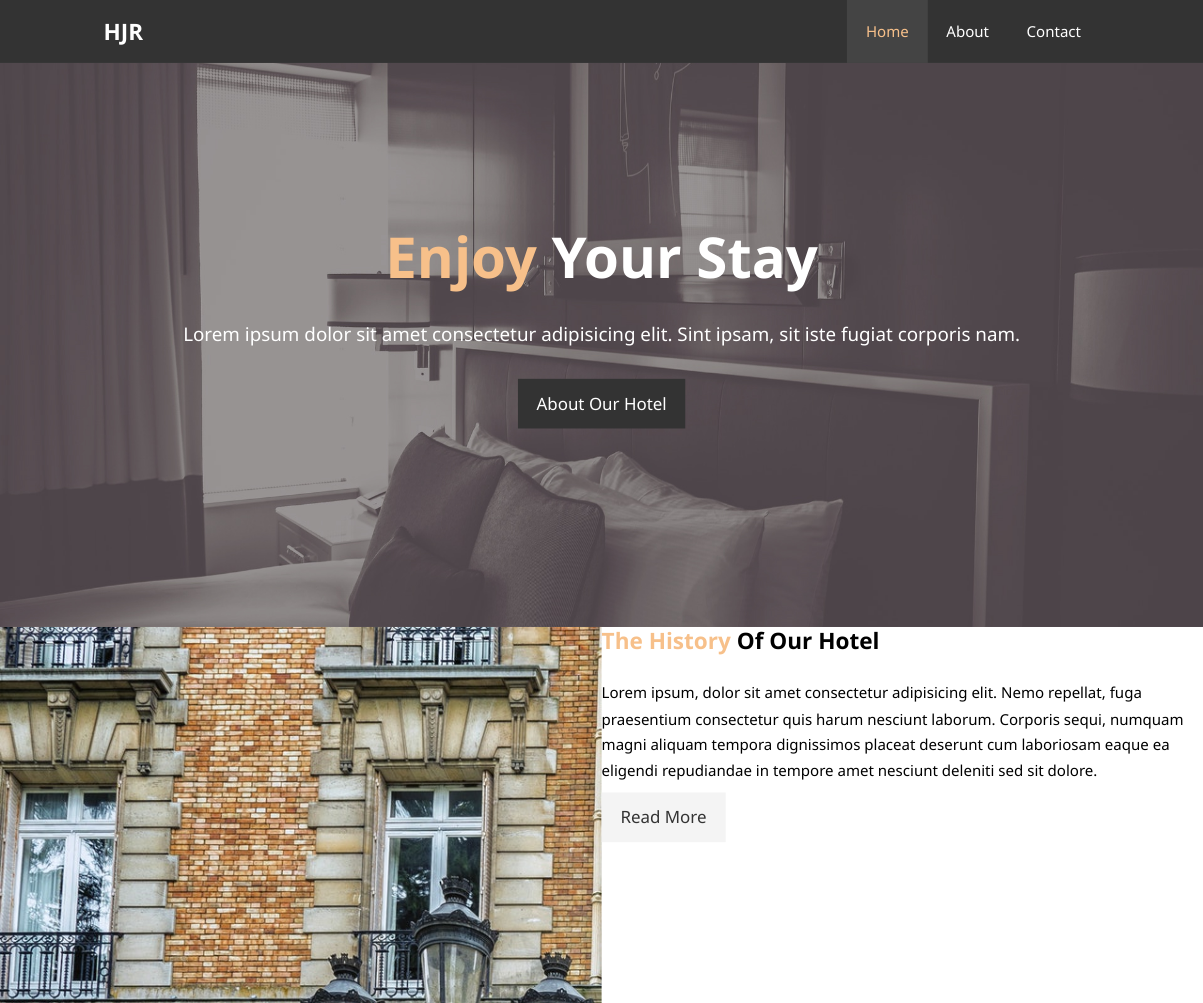
Repository: dimlutine/Hotel-Project
Page: index.html
The author's editor kept a copy of each file at every save. The page is drawn from the files as they stood at one save, then again after the next save.
The browser window is 1280 px wide. The pictures show the whole page, at 94% of full size.

Above is the page before, as saved 2019-07-05 22:15:33.

### index.html
<!DOCTYPE html>
<html lang="en">

<head>
    <meta charset="UTF-8">
    <meta name="viewport" content="width=device-width, initial-scale=1.0">
    <meta http-equiv="X-UA-Compatible" content="ie=edge">
    <meta name="description" content="Welcome to the neatest hotel in Durham, North Carolina!">
    <meta name="keywords" content="hotel,durham hotel, north carolina hotel, rdu hotel">
    <link rel="stylesheet" href="css/style.css">
    <title>Hotel JR | Durham Hotel</title>
</head>

<body>
    <header>
        <nav id="navbar">
            <div class="container">
                <h1 class="logo"><a href="index.html">HJR</a></h1>
                <ul>
                    <li><a class="current" href="index.html">Home</a></li>
                    <li><a href="about.html">About</a></li>
                    <li><a href="contact.html">Contact</a></li>
                </ul>
            </div>

        </nav>
        <div id="showcase">
            <div class="container">
                <div class="showcase-content">
                    <h1>
                        <span class="text-primary">Enjoy</span> Your Stay
                    </h1>
                    <p class="lead">Lorem ipsum dolor sit amet consectetur adipisicing elit. Sint ipsam, sit iste fugiat corporis nam.</p>
                    <a class="btn" href="about.html">About Our Hotel</a>
                </div>
            </div>
        </div>
    </header>

    <section id="home-info" class="bg-dark">
        <div class="info-img"></div>
        <div class="info-content">
            <h2><span class="text-primary">The History </span>Of Our Hotel</h2>
            <p>Lorem ipsum, dolor sit amet consectetur adipisicing elit. Nemo repellat, fuga praesentium consectetur quis harum nesciunt laborum. Corporis sequi, numquam magni aliquam tempora dignissimos placeat deserunt cum laboriosam eaque ea eligendi
                repudiandae in tempore amet nesciunt deleniti sed sit dolore.</p>
            <a href="about.html" class="btn btn-light">Read More</a>
        </div>
    </section>
</body>

</html>

### css/style.css
* {
    padding: 0;
    margin: 0;
    box-sizing: border-box;
}

html,
body {
    font-family: 'Segoe UI', 'Segoe UI', Tahoma, Geneva, Verdana, sans-serif;
    line-height: 1.7em;
}

a {
    color: #333;
    text-decoration: none;
}

h1,
h2,
h3 {
    padding-bottom: 20px;
}

p {
    margin: 10px 0;
}


/* Utilities */

.container {
    margin: auto;
    max-width: 1100px;
    overflow: auto;
    padding: 0 20px;
}

.text-primary {
    color: #f7c08a;
}

.lead {
    font-size: 20px;
}

.btn {
    display: inline-block;
    font-size: 18px;
    color: #fff;
    background: #333;
    padding: 13px 20px;
    border: none;
    cursor: pointer;
}

.btn:hover {
    background: #f7c08a;
    color: #333;
}

.btn-light {
    background: #f4f4f4;
    color: #333;
}

#navbar {
    background: #333;
    color: #fff;
    overflow: auto;
}

#navbar a {
    color: #fff;
}

#navbar h1 {
    float: left;
    padding-top: 20px;
}

#navbar ul {
    float: right;
    list-style: none;
}

#navbar ul li {
    float: left;
}

#navbar ul li a {
    display: block;
    padding: 20px;
    text-align: center;
}

#navbar ul li a:hover,
#navbar ul li a.current {
    background: #444;
    color: #f7c08a;
}


/* Showcase */

#showcase {
    background: url('../img/showcase.jpg') no-repeat center center/cover;
    height: 600px;
}

#showcase .showcase-content {
    color: #fff;
    text-align: center;
    padding-top: 170px;
}

#showcase .showcase-content h1 {
    font-size: 60px;
    line-height: 1.2em;
}

#showcase .showcase-content p {
    padding-bottom: 20px;
    line-height: 1.7em;
}


/* Home Info */

#home-info {
    height: 400px;
}

#home-info .info-img {
    float: left;
    width: 50%;
    background: url('../img/photo-1.jpg') no-repeat;
    min-height: 100%;
}

After the next save:
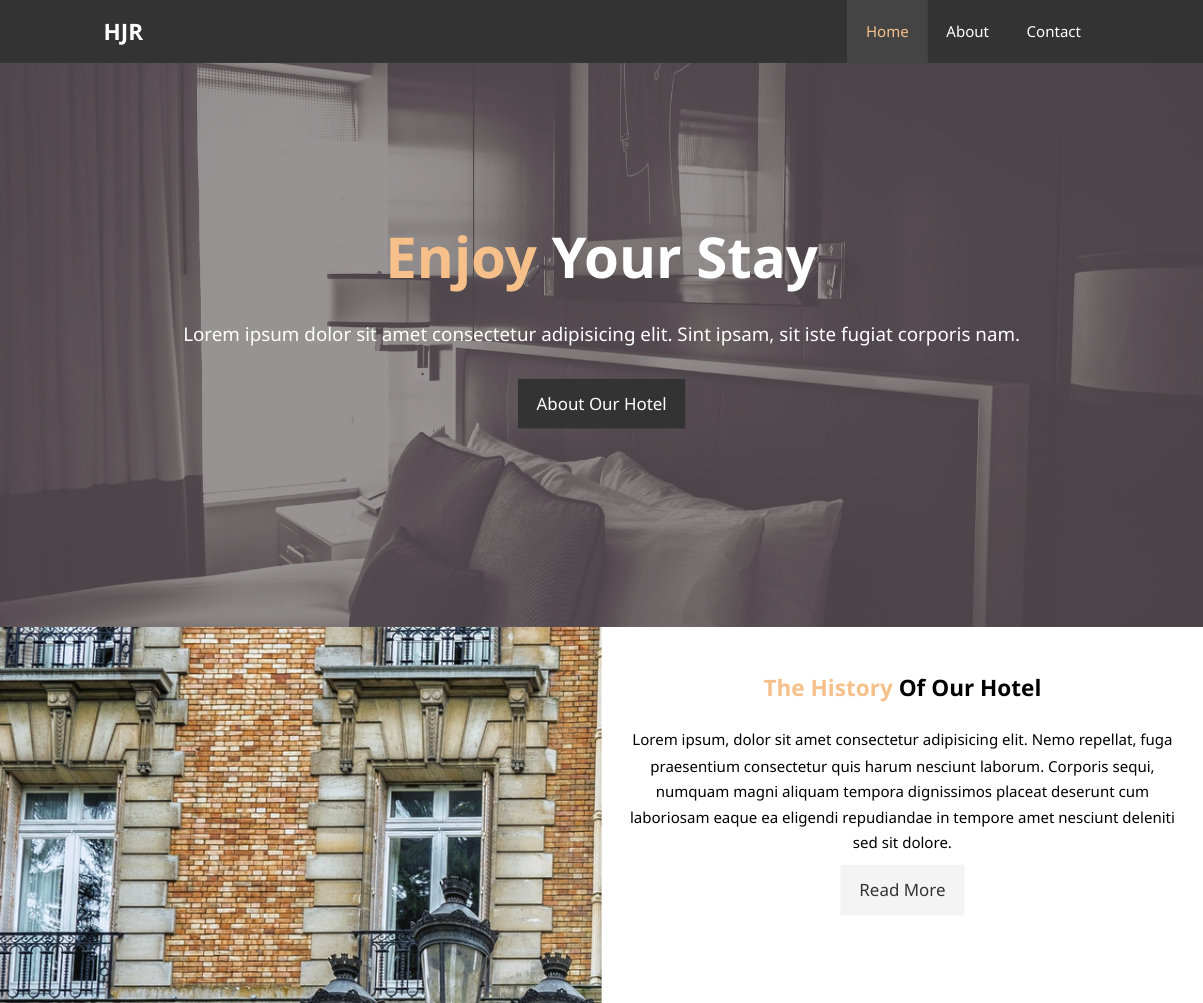
Saved 51 s later.
--- a/css/style.css
+++ b/css/style.css
@@ -136,3 +136,12 @@ p {
     background: url('../img/photo-1.jpg') no-repeat;
     min-height: 100%;
 }
+
+#home-info .info-content {
+    float: right;
+    width: 50%;
+    height: 100%;
+    text-align: center;
+    padding: 50px 30px;
+    overflow: hidden;
+}
